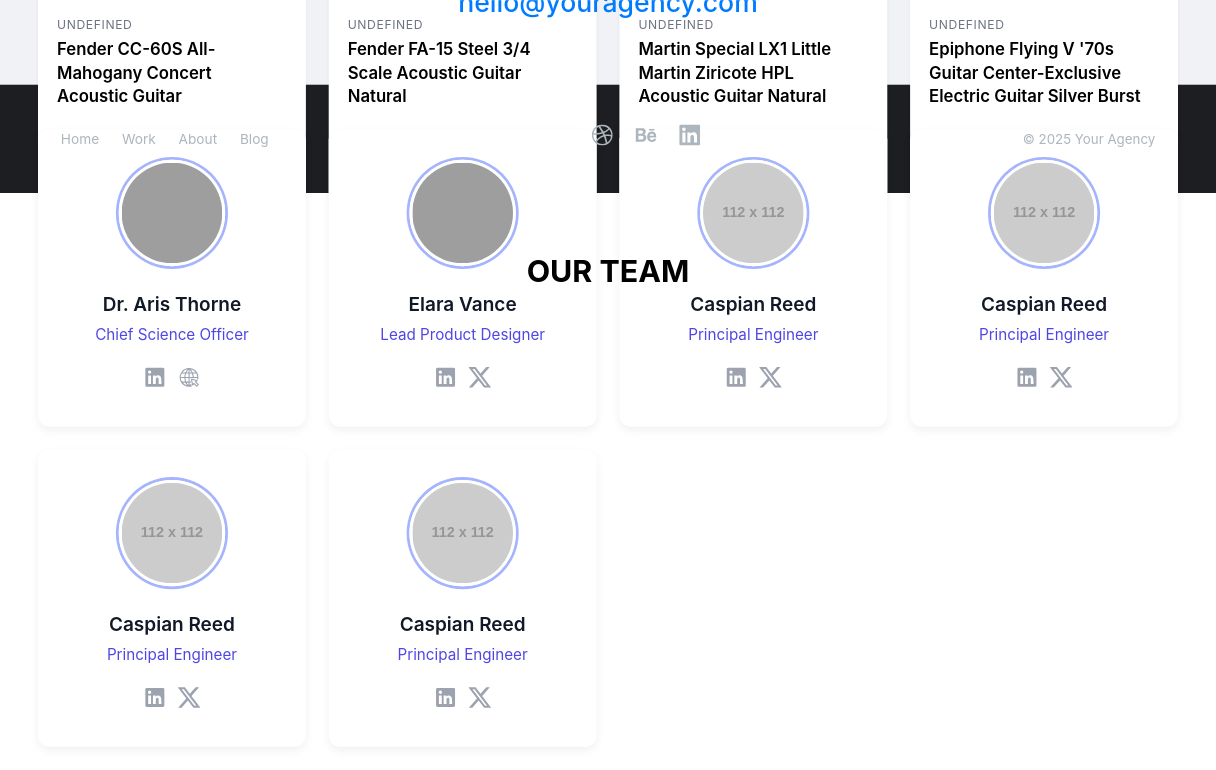
Repository: rywkoo/guitar-mart
Page: http://localhost/
These files come from the project's save history. The page is drawn as it stood at one moment and after a run of saves; the edit follows.
The browser window is 1280 px wide. The pictures show the part of the page from y = 1697 to 2727 px (the page is 2507 px tall before and 2727 px after), at 95% of full size.
Pictures or frames that could not be fetched are drawn as grey boxes. The page is served by the project's application, run on Flask 3 (app.py). Other server files are loaded and not shown. The page reads the database file committed with the project.

Above is the page before, as saved 2025-10-28 13:23:50.

### templates/home.html
{% extends "base.html" %}
{% block title %}Home - Mini Mart{% endblock %}

{% block content %}
<style>
    :root {
        /*
            Using an image from picsum.photos for demonstration.
            Replace with your own image.
        */
        --psh-bg-image: url('https://picsum.photos/id/1015/1600/1200');
        --psh-min-height: 90vh;
        --psh-padding: 0rem 0rem;
        --psh-text-color: #ffffff;
        --psh-overlay-color: rgba(17, 24, 39, 0.5);
        --psh-cta-bg: #fff;
        --psh-cta-text-color: #111827;
        --psh-cta-hover-bg: #f3f4f6;
    }
    .parallax-hero {
        box-sizing: border-box;
        font-family: ui-sans-serif, system-ui, -apple-system, BlinkMacSystemFont, "Segoe UI", Roboto, "Helvetica Neue", Arial, "Noto Sans", sans-serif, "Apple Color Emoji", "Segoe UI Emoji", "Segoe UI Symbol", "Noto Color Emoji";
        min-height: var(--psh-min-height);
        padding: var(--psh-padding);
        width: 100%;
        position: relative;
        display: flex;
        justify-content: center;
        align-items: center;
        text-align: center;
        background-image: var(--psh-bg-image);
        background-position: center 0;
        background-repeat: no-repeat;
        background-size: cover;
        margin-top: -100px;
    }
    .parallax-hero::before {
        content: '';
        position: absolute;
        top: 0; left: 0; right: 0; bottom: 0;
        background-color: var(--psh-overlay-color);
        z-index: 1;
    }
    .parallax-hero * {
         box-sizing: border-box;
    }
    .psh-content {
        position: relative;
        z-index: 2;
        max-width: 900px;
        color: var(--psh-text-color);
    }
    .psh-content .title {
        font-size: clamp(2.5rem, 6vw, 4.5rem);
        font-weight: 800;
        line-height: 1.1;
        margin: 0 0 1rem;
        text-shadow: 0 2px 4px rgba(0,0,0,0.2);
    }
    .psh-content .subtitle {
        font-size: clamp(1.1rem, 3vw, 1.25rem);
        margin: 0 0 2rem;
        max-width: 700px;
        margin-left: auto;
        margin-right: auto;
    }
    .psh-content .cta {
        display: inline-block;
        background-color: var(--psh-cta-bg);
        color: var(--psh-cta-text-color);
        padding: 0.9rem 2.2rem;
        border-radius: 8px;
        border: none;
        font-size: 1.05rem;
        font-weight: 600;
        text-decoration: none;
        cursor: pointer;
        transition: background-color 0.3s ease;
    }
    .psh-content .cta:hover {
        background-color: var(--psh-cta-hover-bg);
    }

    /* Extra content section for demonstrating the scroll effect */
    .scroll-demo-content {
        height: 100vh; /* Ensures a lot of scroll space */
        padding: 4rem 1.5rem;
        background-color: #fff;
        color: #111827;
    }
    .scroll-demo-content p {
        max-width: 700px;
        margin: 0 auto 1rem;
        line-height: 1.6;
    }

    /* === Grid Container for the Cards === */
    .cards-grid-container {
        display: grid;
        grid-template-columns: repeat(auto-fill, minmax(280px, 1fr));
        gap: 1.5rem;
        padding: 1.5rem;
    }

    /* === Product Card Styles === */
    .product-card {
        --product-card-radius: 12px;
        --product-card-shadow: 0 4px 6px -1px rgba(0,0,0,0.07), 0 2px 4px -2px rgba(0,0,0,0.07);

        background-color: #ffffff;
        border-radius: var(--product-card-radius);
        box-shadow: var(--product-card-shadow);
        overflow: hidden;
        display: flex;
        flex-direction: column;
        transition: box-shadow 0.2s ease, transform 0.2s ease;
    }

    .product-card:hover {
        transform: translateY(-5px);
        box-shadow: 0 10px 15px -3px rgba(0,0,0,0.1), 0 4px 6px -4px rgba(0,0,0,0.1);
    }

    .product-card a.product-card-link {
        text-decoration: none;
        color: inherit;
    }

    /* Image container */
    .product-card-image-container {
        position: relative;
        background-color: #f3f4f6; /* Fallback for transparent images */
    }

    .product-card-image {
        width: 100%;
        height: 300px;
        object-fit: cover;
        display: block;
    }

    /* Product details */
    .product-card-content {
        padding: 1rem 1.25rem;
        display: flex;
        flex-direction: column;
        flex-grow: 1; /* Pushes footer to the bottom */
    }

    .product-card-category {
        font-size: 0.8rem;
        color: #6b7280;
        text-transform: uppercase;
        letter-spacing: 0.05em;
        margin-bottom: 0.25rem;
    }

    .product-card-title {
        font-size: 1.1rem;
        font-weight: 600;
        line-height: 1.4;
        margin: 0;
    }

    /* Price and Action button footer */
    .product-card-footer {
        display: flex;
        justify-content: space-between;
        align-items: center;
        padding: 1rem 1.25rem;
        border-top: 1px solid #f3f4f6;
        margin-top: 1rem;
    }

    .product-card-price {
        font-size: 1.2rem;
        font-weight: 700;
        color: #111827;
    }

    .product-card-cta {
        background-color: #1f2937;
        color: #ffffff;
        font-size: 0.9rem;
        font-weight: 500;
        border: none;
        border-radius: 8px;
        padding: 0.6rem 1rem;
        cursor: pointer;
        transition: background-color 0.2s ease;
    }

    .product-card-cta:hover {
        background-color: #374151;
    }

</style>

<!--
======================================================================
  HTML
  - Place this in your <body> where you want the component to appear.
======================================================================
-->
<section class="parallax-hero" id="parallax-hero-section">
    <div class="psh-content">
        <h1 class="title">A New Perspective</h1>
        <p class="subtitle">Our innovative approach redefines industry standards, creating solutions that are both powerful and elegant.</p>
        <a href="#" role="button" class="cta">Learn More About Us</a>
    </div>
</section>


<h1 class="title" style="
        position: relative;
        z-index: 2;
        color: black;
        text-align: center;
        ">
        FEATURED ITEMS

    </h1>



<div class="cards-grid-container" id="product-list"></div>

<script>
  async function loadProducts() {
    try {
      const response = await fetch("http://127.0.0.1:5000/api/products");
      const products = await response.json();

      const container = document.getElementById("product-list");
      container.innerHTML = "";

      products.forEach(product => {
        const card = `
          <article class="product-card">
              <a href="#" class="product-card-link">
                  <div class="product-card-image-container">
                      <img src="${product.image_url}" alt="${product.name}" class="product-card-image">
                  </div>
                  <div class="product-card-content">
                      <span class="product-card-category">${product.category}</span>
                      <h3 class="product-card-title">${product.name}</h3>
                  </div>
              </a>
              <footer class="product-card-footer">
                  <span class="product-card-price">$${product.price.toFixed(2)}</span>
                  <button type="button" class="product-card-cta">Add to Cart</button>
              </footer>
          </article>
        `;
        container.insertAdjacentHTML("beforeend", card);
      });
    } catch (err) {
      console.error("Error loading products:", err);
    }
  }

  // Load products when the page opens
  loadProducts();
</script>


<h1 class="title" style="
        position: relative;
        z-index: 2;
        color: black;
        text-align: center;
        ">
        OUR TEAM

    </h1>

<div class="cards-grid-container" style="margin-top: -220px;">

    <!-- Card 1 -->
    <article class="tm-card">
        <!-- Image from picsum.photos. Replace with your own. -->
        <img class="tm-card-avatar" src="https://picsum.photos/id/64/112/112" alt="Profile photo of Dr. Aris Thorne.">
        <h3 class="tm-card-name">Dr. Aris Thorne</h3>
        <p class="tm-card-role">Chief Science Officer</p>
        <div class="tm-card-socials">
            <a href="#" class="tm-card-social-link" aria-label="LinkedIn">
                <svg xmlns="http://www.w3.org/2000/svg" viewBox="0 0 24 24" fill="currentColor"><path d="M20.5 2h-17A1.5 1.5 0 002 3.5v17A1.5 1.5 0 003.5 22h17a1.5 1.5 0 001.5-1.5v-17A1.5 1.5 0 0020.5 2zM8 19H5v-9h3zM6.5 8.25A1.75 1.75 0 118.25 6.5 1.75 1.75 0 016.5 8.25zM19 19h-3v-4.74c0-1.42-.6-1.93-1.38-1.93A1.74 1.74 0 0013 14.19a.66.66 0 000 .14V19h-3v-9h2.9v1.3a3.11 3.11 0 012.7-1.4c1.55 0 3.1 1.16 3.1 3.99z" /></svg>
            </a>
            <a href="#" class="tm-card-social-link" aria-label="Website">
                <svg xmlns="http://www.w3.org/2000/svg" viewBox="0 0 24 24" stroke-width="1.125" stroke="currentColor" fill="none">
                <path d="M14.974,20.895A9.322,9.322,0,1,1,21.322,12.056a13.965,13.965,0,0,1-.274,2.25 M14.197,19.162A17.625,17.625,0,0,1,12,21.262 M12,2.625A12.802,12.802,0,0,1,16.339,11.25a12.776,12.776,0,0,1,.034,1.819 M12,2.625A12.784,12.784,0,0,0,7.616,12.172c0,6.075,2.73,7.875,4.372,9.09 M3.889,7.462L20.156,7.462 M12,2.621L12,21.262 M4.144,17.055L13.89,17.055 M2.678,12.172L21.322,11.944 M20.089,21.375L21.75,19.71l-3-3,1.706-1.091a.142.142,0,0,0-.045-.262L14.678,14.014a.146.146,0,0,0-.172.172L15.75,20.028a.146.146,0,0,0,.266.049L17.089,18.375Z"/>
                </svg>
            </a>
        </div>
    </article>

    <!-- Card 2 -->
    <article class="tm-card">
        <!-- Image from picsum.photos. Replace with your own. -->
        <img class="tm-card-avatar" src="https://picsum.photos/id/342/112/112" alt="Profile photo of Elara Vance.">
        <h3 class="tm-card-name">Elara Vance</h3>
        <p class="tm-card-role">Lead Product Designer</p>
        <div class="tm-card-socials">
            <a href="#" class="tm-card-social-link" aria-label="LinkedIn">
                <svg xmlns="http://www.w3.org/2000/svg" viewBox="0 0 24 24" fill="currentColor"><path d="M20.5 2h-17A1.5 1.5 0 002 3.5v17A1.5 1.5 0 003.5 22h17a1.5 1.5 0 001.5-1.5v-17A1.5 1.5 0 0020.5 2zM8 19H5v-9h3zM6.5 8.25A1.75 1.75 0 118.25 6.5 1.75 1.75 0 016.5 8.25zM19 19h-3v-4.74c0-1.42-.6-1.93-1.38-1.93A1.74 1.74 0 0013 14.19a.66.66 0 000 .14V19h-3v-9h2.9v1.3a3.11 3.11 0 012.7-1.4c1.55 0 3.1 1.16 3.1 3.99z" /></svg>
            </a>
            <a href="#" class="tm-card-social-link" aria-label="X">
                <svg xmlns="http://www.w3.org/2000/svg" viewBox="0 0 24 24" fill="currentColor"><path d="M18.901 1.153h3.68l-8.04 9.19L24 22.846h-7.406l-5.8-7.584-6.638 7.584H.474l8.6-9.83L0 1.154h7.594l5.243 6.932ZM17.61 20.644h2.039L6.486 3.24H4.298Z"/></svg>
            </a>
        </div>
    </article>

    <!-- Card 3 -->
    <article class="tm-card">
        <!-- Image by placehold.co. Replace with your own. -->
        <img class="tm-card-avatar" src="https://placehold.co/112x112/666/fff/png?text=CR" alt="Profile photo of Caspian Reed.">
        <h3 class="tm-card-name">Caspian Reed</h3>
        <p class="tm-card-role">Principal Engineer</p>
        <div class="tm-card-socials">
            <a href="#" class="tm-card-social-link" aria-label="LinkedIn">
                <svg xmlns="http://www.w3.org/2000/svg" viewBox="0 0 24 24" fill="currentColor"><path d="M20.5 2h-17A1.5 1.5 0 002 3.5v17A1.5 1.5 0 003.5 22h17a1.5 1.5 0 001.5-1.5v-17A1.5 1.5 0 0020.5 2zM8 19H5v-9h3zM6.5 8.25A1.75 1.75 0 118.25 6.5 1.75 1.75 0 016.5 8.25zM19 19h-3v-4.74c0-1.42-.6-1.93-1.38-1.93A1.74 1.74 0 0013 14.19a.66.66 0 000 .14V19h-3v-9h2.9v1.3a3.11 3.11 0 012.7-1.4c1.55 0 3.1 1.16 3.1 3.99z" /></svg>
            </a>
             <a href="#" class="tm-card-social-link" aria-label="X">
                <svg xmlns="http://www.w3.org/2000/svg" viewBox="0 0 24 24" fill="currentColor"><path d="M18.901 1.153h3.68l-8.04 9.19L24 22.846h-7.406l-5.8-7.584-6.638 7.584H.474l8.6-9.83L0 1.154h7.594l5.243 6.932ZM17.61 20.644h2.039L6.486 3.24H4.298Z"/></svg>
            </a>
        </div>
    </article>

        <!-- Card 3 -->
    <article class="tm-card">
        <!-- Image by placehold.co. Replace with your own. -->
        <img class="tm-card-avatar" src="https://placehold.co/112x112/666/fff/png?text=CR" alt="Profile photo of Caspian Reed.">
        <h3 class="tm-card-name">Caspian Reed</h3>
        <p class="tm-card-role">Principal Engineer</p>
        <div class="tm-card-socials">
            <a href="#" class="tm-card-social-link" aria-label="LinkedIn">
                <svg xmlns="http://www.w3.org/2000/svg" viewBox="0 0 24 24" fill="currentColor"><path d="M20.5 2h-17A1.5 1.5 0 002 3.5v17A1.5 1.5 0 003.5 22h17a1.5 1.5 0 001.5-1.5v-17A1.5 1.5 0 0020.5 2zM8 19H5v-9h3zM6.5 8.25A1.75 1.75 0 118.25 6.5 1.75 1.75 0 016.5 8.25zM19 19h-3v-4.74c0-1.42-.6-1.93-1.38-1.93A1.74 1.74 0 0013 14.19a.66.66 0 000 .14V19h-3v-9h2.9v1.3a3.11 3.11 0 012.7-1.4c1.55 0 3.1 1.16 3.1 3.99z" /></svg>
            </a>
             <a href="#" class="tm-card-social-link" aria-label="X">
                <svg xmlns="http://www.w3.org/2000/svg" viewBox="0 0 24 24" fill="currentColor"><path d="M18.901 1.153h3.68l-8.04 9.19L24 22.846h-7.406l-5.8-7.584-6.638 7.584H.474l8.6-9.83L0 1.154h7.594l5.243 6.932ZM17.61 20.644h2.039L6.486 3.24H4.298Z"/></svg>
            </a>
        </div>
    </article>

        <!-- Card 3 -->
    <article class="tm-card">
        <!-- Image by placehold.co. Replace with your own. -->
        <img class="tm-card-avatar" src="https://placehold.co/112x112/666/fff/png?text=CR" alt="Profile photo of Caspian Reed.">
        <h3 class="tm-card-name">Caspian Reed</h3>
        <p class="tm-card-role">Principal Engineer</p>
        <div class="tm-card-socials">
            <a href="#" class="tm-card-social-link" aria-label="LinkedIn">
                <svg xmlns="http://www.w3.org/2000/svg" viewBox="0 0 24 24" fill="currentColor"><path d="M20.5 2h-17A1.5 1.5 0 002 3.5v17A1.5 1.5 0 003.5 22h17a1.5 1.5 0 001.5-1.5v-17A1.5 1.5 0 0020.5 2zM8 19H5v-9h3zM6.5 8.25A1.75 1.75 0 118.25 6.5 1.75 1.75 0 016.5 8.25zM19 19h-3v-4.74c0-1.42-.6-1.93-1.38-1.93A1.74 1.74 0 0013 14.19a.66.66 0 000 .14V19h-3v-9h2.9v1.3a3.11 3.11 0 012.7-1.4c1.55 0 3.1 1.16 3.1 3.99z" /></svg>
            </a>
             <a href="#" class="tm-card-social-link" aria-label="X">
                <svg xmlns="http://www.w3.org/2000/svg" viewBox="0 0 24 24" fill="currentColor"><path d="M18.901 1.153h3.68l-8.04 9.19L24 22.846h-7.406l-5.8-7.584-6.638 7.584H.474l8.6-9.83L0 1.154h7.594l5.243 6.932ZM17.61 20.644h2.039L6.486 3.24H4.298Z"/></svg>
            </a>
        </div>
    </article>

        <!-- Card 3 -->
    <article class="tm-card">
        <!-- Image by placehold.co. Replace with your own. -->
        <img class="tm-card-avatar" src="https://placehold.co/112x112/666/fff/png?text=CR" alt="Profile photo of Caspian Reed.">
        <h3 class="tm-card-name">Caspian Reed</h3>
        <p class="tm-card-role">Principal Engineer</p>
        <div class="tm-card-socials">
            <a href="#" class="tm-card-social-link" aria-label="LinkedIn">
                <svg xmlns="http://www.w3.org/2000/svg" viewBox="0 0 24 24" fill="currentColor"><path d="M20.5 2h-17A1.5 1.5 0 002 3.5v17A1.5 1.5 0 003.5 22h17a1.5 1.5 0 001.5-1.5v-17A1.5 1.5 0 0020.5 2zM8 19H5v-9h3zM6.5 8.25A1.75 1.75 0 118.25 6.5 1.75 1.75 0 016.5 8.25zM19 19h-3v-4.74c0-1.42-.6-1.93-1.38-1.93A1.74 1.74 0 0013 14.19a.66.66 0 000 .14V19h-3v-9h2.9v1.3a3.11 3.11 0 012.7-1.4c1.55 0 3.1 1.16 3.1 3.99z" /></svg>
            </a>
             <a href="#" class="tm-card-social-link" aria-label="X">
                <svg xmlns="http://www.w3.org/2000/svg" viewBox="0 0 24 24" fill="currentColor"><path d="M18.901 1.153h3.68l-8.04 9.19L24 22.846h-7.406l-5.8-7.584-6.638 7.584H.474l8.6-9.83L0 1.154h7.594l5.243 6.932ZM17.61 20.644h2.039L6.486 3.24H4.298Z"/></svg>
            </a>
        </div>
    </article>

</div>

<!--
======================================================================
  JavaScript
  - Place this right before your closing </body> tag.
======================================================================
-->
<script>
(function() {
    const parallaxSection = document.getElementById('parallax-hero-section');
    if (!parallaxSection) return;

    // --- Configuration ---
    const parallaxSpeed = 0.5; // Set speed factor. 0.5 means it scrolls at half the speed.
    // --- End Configuration ---

    window.addEventListener('scroll', function() {
        const offset = window.pageYOffset;
        parallaxSection.style.backgroundPositionY = offset * parallaxSpeed + 'px';
    });
})();
</script>
{% endblock %}

### app.py
from flask import Flask, render_template
from extensions import db, migrate, jwt
from config import Config

# Import blueprints
from routes.auth import auth_bp
from routes.products import products_bp
from routes.categories import categories_bp
from routes.cart import cart_bp
from routes.invoices import invoices_bp
from routes.admin import admin_bp

app = Flask(__name__)
app.config.from_object(Config)

# Initialize extensions
db.init_app(app)
migrate.init_app(app, db)
jwt.init_app(app)

# Register blueprints
app.register_blueprint(auth_bp, url_prefix="/api/auth")
app.register_blueprint(products_bp, url_prefix="/api/products")
app.register_blueprint(categories_bp, url_prefix="/api/categories")
app.register_blueprint(cart_bp, url_prefix="/api/cart")
app.register_blueprint(invoices_bp, url_prefix="/api/invoices")
app.register_blueprint(admin_bp)

@app.route("/test-product")
def test_product():
    return render_template("test_product.html")

@app.route("/register-page")
def register_page():
    return render_template("register.html")

@app.route("/login")
def login_page():
    return render_template("login.html")

@app.route("/admin/dashboard")
def dashboard_page():
    return render_template("admin/dashboard.html")

@app.route("/")
def home_page():
    return render_template("home.html")

if __name__ == "__main__":
    app.run(debug=True)

### routes/products.py
from flask import Blueprint, request, jsonify, current_app
from extensions import db
from models import Product
from flask_jwt_extended import jwt_required, get_jwt
import os

products_bp = Blueprint("products", __name__)

@products_bp.route("/", methods=["GET"])
def get_products():
    products = Product.query.all()
    result = []
    for p in products:
        result.append({
            "id": p.id,
            "name": p.name,
            "price": float(p.price),
            "stock": p.stock,
            "image": p.image,
            "category_id": p.category_id
        })
    return jsonify(result)


@products_bp.route("/", methods=["POST"])
@jwt_required()
def add_product():
    claims = get_jwt()
    role = claims.get("role", "user")

    if role != "admin":
        return jsonify({"error": "Admin access required"}), 403

    data = request.form
    image_file = request.files.get("image")
    filename = None
    if image_file:
        filename = image_file.filename
        image_file.save(os.path.join(current_app.config["UPLOAD_FOLDER"], filename))

    product = Product(
        name=data["name"],
        price=float(data["price"]),
        stock=int(data["stock"]),
        category_id=int(data["category_id"]),
        image=filename
    )
    db.session.add(product)
    db.session.commit()
    return jsonify({"id": product.id, "name": product.name})

### instance/mini_mart.db (the tables this page reads, as SQL)
CREATE TABLE product (
	id INTEGER NOT NULL, 
	name VARCHAR(100) NOT NULL, 
	price FLOAT NOT NULL, 
	stock INTEGER NOT NULL, 
	image VARCHAR(100), 
	category_id INTEGER NOT NULL, 
	PRIMARY KEY (id), 
	FOREIGN KEY(category_id) REFERENCES category (id)
);
INSERT INTO "product" VALUES
(2, 'Gibson Noel Gallagher Les Paul Standard Electric Guitar - Ebony', 2999.0, 10, 'M22580000001000-00-264x264.webp', 1),
(3, ' Squier x Hello Kitty Stratocaster Electric Guitar - White', 579.99, 10, 'M15190000002000-00-264x264.webp', 1),
(4, 'Gibson Les Paul Special Double-Cut Electric Guitar - TV Yellow', 1999.0, 10, 'M19488000001000-00-264x264.webp', 1),
(5, 'Mitchell Launch D75S Starter Dreadnought Acoustic Guitar Natural', 79.99, 10, 'M19758000001000-00-264x264.webp', 2),
(6, ' Fender CC-60S All-Mahogany Concert Acoustic Guitar', 209.99, 10, 'L84142000001000-00-264x264.webp', 2),
(7, ' Fender FA-15 Steel 3/4 Scale Acoustic Guitar Natural', 149.99, 10, 'L83870000001000-00-264x264.webp', 2),
(8, ' Martin Special LX1 Little Martin Ziricote HPL Acoustic Guitar Natural', 409.99, 100, 'M13884000001000-00-264x264.webp', 2),
(9, 'Epiphone Flying V ''70s Guitar Center-Exclusive Electric Guitar Silver Burst', 123.0, 123, 'M14333000001000-00-264x264.webp', 1);

Loaded but not shown: templates/base.html (396 lines, source omitted)

After the next 5 saves:
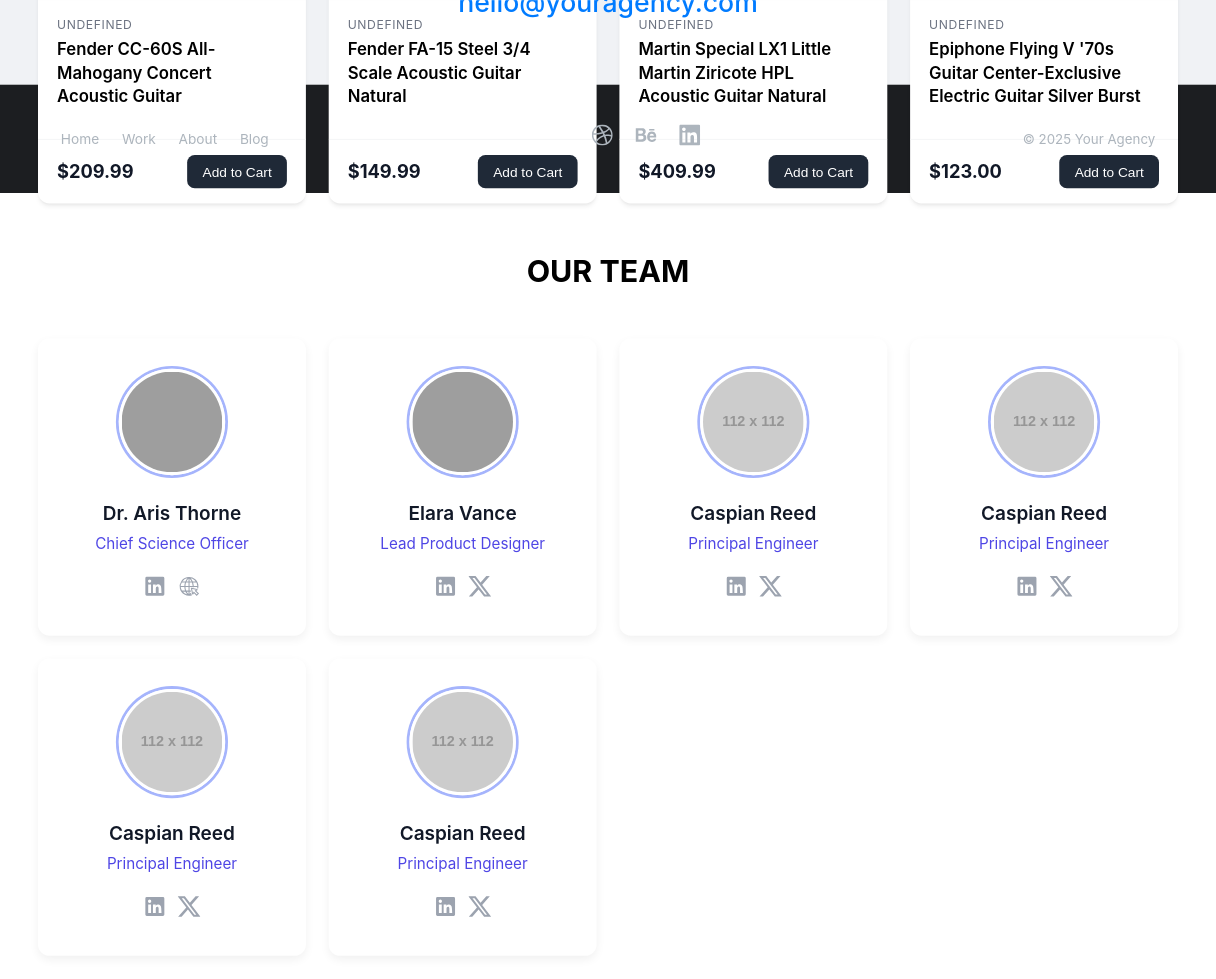
The 5 saves are shown as one change because they came seconds apart.
The last was saved 23 s later.
--- a/templates/home.html
+++ b/templates/home.html
@@ -274,7 +274,7 @@
 
     </h1>
 
-<div class="cards-grid-container" style="margin-top: -220px;">
+<div class="cards-grid-container" >
 
     <!-- Card 1 -->
     <article class="tm-card">
